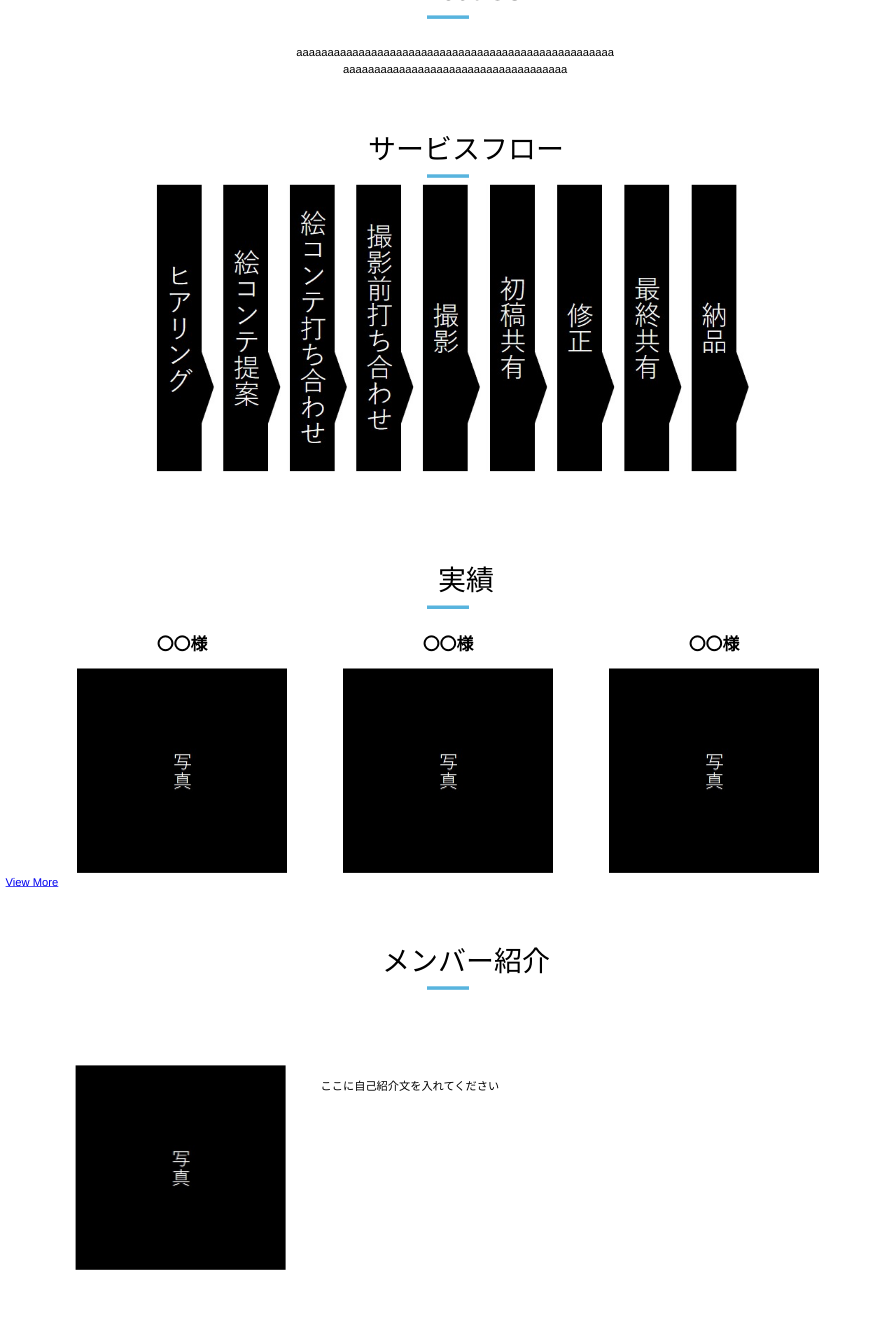
Repository: takumi-kojima0901/js.practice
Page: carkichi/carkichi.html
The author's editor kept a record of every edit. The page is drawn from the files as they stood at one moment, then again after the next edit.
The browser window is 1280 px wide. The pictures show the part of the page from y = 670 to 2590 px (the page is 2566 px tall before and 2590 px after), at 70% of full size.

Above is the page before.

### carkichi/carkichi.html
<!doctype html>
<html lang="ja">

<head>
<meta charset="UTF-8">
<title>仮</title>
<link rel="stylesheet" media="all" href="carkichi.css">

</head>

<body>

    <header id="header">
	 <img src="scale.jpg" alt="">
    	<div id="slogan">
	    	<h1>キャッチフレーズ</h1>
	    	<h2>説明文を入れます説明文を入れます</h2>
    	</div>
　  </header>

　<section id="about">
　	<div class = "section_title">
　		Avout Us
　	</div>
　	<div class = "about_service">
　		aaaaaaaaaaaaaaaaaaaaaaaaaaaaaaaaaaaaaaaaaaaaaaaaaaa
　		<br>
　		aaaaaaaaaaaaaaaaaaaaaaaaaaaaaaaaaaaa
　	</div>

　</section>


<!-- サービスフロー -->
　<section id="service_flow">
　	<div class = "section_title">
　		サービスフロー
　	</div>
	<div class = "flow_area">
	    <div class = "flow_part">

	        <p>
	            <a href = "#modal-01">
	            	 <div class = "detail_botton" >
	                      <img src = "flow1.jpg" width:122px height:264px>
	                 </div>
	            </a>
	            <div class="modal-wrapper" id="modal-01">
	            	<a href="#!" class="modal-overlay"></a>
	            	      <div class="modal-window">
	            	      	<div class="modal-content">
	            	      		<h4>Modal window</h4>
	            	      		　　<p>
	            	      		　　	Lorem ipsum dolor sit amet, consectetur adipiscing elit. Morbi ut cursus felis. Etiam hendrerit turpis at massa auctor semper.
	            	      		　　</p>
	            	      	</div>
	            	<a href="#!" class="modal-close">×</a>
	            	      </div>
	        　　</div>
	        </p>

	        <p>
	            <a href = "#modal-02">
	            	 <div class = "detail_botton" >
	                      <img src = "flow2.jpg" width:122px height:264px>
	                 </div>
	            </a>
	            <div class="modal-wrapper" id="modal-02">
	            	<a href="#!" class="modal-overlay"></a>
	            	    <div class="modal-window">
	            	    	<div class="modal-content">
	            	    		<h4>gggggggggggggggg</h4>
	            	    		   <p>
	            	    		   aaaaaaaaaaaaaaaaaaaaaaaaaaaaaaaaaaaaaaaaaaaaaaaaaaa
	            	    		   </p>
	            	    	</div>
	            	<a href="#!" class="modal-close">×</a>
	            	　　</div>
	            </div>
	        </p>

	        <p>
	            <a href = "#modal-03">
	            	 <div class = "detail_botton" >
	                      <img src = "flow3.jpg" width:122px height:264px>
	                 </div>
	            </a>
	            <div class="modal-wrapper" id="modal-03">
	            	<a href="#!" class="modal-overlay"></a>
	            	    <div class="modal-window">
	            	    	<div class="modal-content">
	            	    		<h4>sss</h4>
	            	    		<p>
                                   ssss
	            	    		</p>
	            	    	</div>
	            	<a href="#!" class="modal-close">×</a>
	            	　　</div>
	            </div>
	        </p>

	        <p>
	            <a href = "#modal-04">
	            	 <div class = "detail_botton" >
	                      <img src = "flow4.jpg" width:122px height:264px>
	                 </div>
	            </a>
	            <div class="modal-wrapper" id="modal-04">
	            	<a href="#!" class="modal-overlay"></a>
	            	    <div class="modal-window">
	            	    	<div class="modal-content">
	            	    		<h4>fffffffffff</h4>
	            	    		<p>
	            	    			ffffffffffffffffffff
	            	    		</p>
	            	    	</div>
	            	<a href="#!" class="modal-close">×</a>
	            	　　</div>
	            </div>
	        </p>

	        <p>
	            <a href = "#modal-05">
	            	 <div class = "detail_botton" >
	                      <img src = "flow5.jpg" width:122px height:264px>
	                 </div>
	            </a>
	            <div class="modal-wrapper" id="modal-05">
	            	<a href="#!" class="modal-overlay"></a>
	            	    <div class="modal-window">
	            	    	<div class="modal-content">
	            	    		<h4>ddddddddddddd</h4>
	            	    		<p>
	            	    			ddddddddddddddd
	            	    		</p>
	            	    	</div>
	            	<a href="#!" class="modal-close">×</a>
	            	　　</div>
	            </div>
	        </p>

	        <p>
	            <a href = "#modal-06">
	            	 <div class = "detail_botton" >
	                      <img src = "flow6.jpg" width:122px height:264px>
	                 </div>
	            </a>
	            <div class="modal-wrapper" id="modal-06">
	            	<a href="#!" class="modal-overlay"></a>
	            	    <div class="modal-window">
	            	    	<div class="modal-content">
	            	    		<h4>kkkkkkkkkkkkk</h4>
	            	    		<p>
	            	    			kkkkkkkkkkkkk
	               	    		</p>
	            	    	</div>
	            	<a href="#!" class="modal-close">×</a>
	            	　　</div>
	            </div>
	        </p>

	        <p>
	            <a href = "#modal-07">
	            	 <div class = "detail_botton" >
	                      <img src = "flow7.jpg" width:122px height:264px>
	                 </div>
	            </a>
	            <div class="modal-wrapper" id="modal-07">
	            	<a href="#!" class="modal-overlay"></a>
	            	    <div class="modal-window">
	            	    	<div class="modal-content">
	            	    		<h4>llllllllllllll</h4>
	            	    		<p>
	            	    			lllllllllllllll
	               	    		</p>
	            	    	</div>
	            	<a href="#!" class="modal-close">×</a>
	            	　　</div>
	            </div>
	        </p>

	        <p>
	            <a href = "#modal-08">
	            	 <div class = "detail_botton" >
	                      <img src = "flow8.jpg" width:122px height:264px>
	                 </div>
	            </a>
	            <div class="modal-wrapper" id="modal-08">
	            	<a href="#!" class="modal-overlay"></a>
	            	    <div class="modal-window">
	            	    	<div class="modal-content">
	            	    		<h4>kkkkkkkkkkkkk</h4>
	            	    		<p>
	            	    			kkkkkkkkkkkkk
	               	    		</p>
	            	    	</div>
	            	<a href="#!" class="modal-close">×</a>
	            	　　</div>
	            </div>
	        </p>

	        <p>
	            <a href = "#modal-09">
	            	 <div class = "detail_botton" >
	                      <img src = "flow9.jpg" width:122px height:264px>
	                 </div>
	            </a>
	            <div class="modal-wrapper" id="modal-09">
	            	<a href="#!" class="modal-overlay"></a>
	            	    <div class="modal-window">
	            	    	<div class="modal-content">
	            	    		<h4>kkkkkkkkkkkkk</h4>
	            	    		<p>
	            	    			kkkkkkkkkkkkk
	               	    		</p>
	            	    	</div>
	            	<a href="#!" class="modal-close">×</a>
	            	　　</div>
	            </div>
	        </p>
	    </div>
	</div>


　</section>

　<section id="service_detail">

　</section>

<!-- // サービスフロー -->

<!-- 実績 -->
　<section id="service_Performance">
　	<div class = "section_title">
　		実績
　	</div>
    <div class = "inner">
    	<ul class = "performance">
    		<div>
  			  <h2>〇〇様</h2>
    			<div class = "performance_image">
    				<img src = "kari.jpg"style="width:300px">
    			</div>
    		</div>
    	<ul>
    	<ul class = "performance">
    		<div>
  			  <h2>〇〇様</h2>
    			<div class = "performance_image">
    				<img src = "kari.jpg"style="width:300px">
    			</div>
    		</div>
    	<ul>
    	<ul class = "performance">
    		<div>
  			  <h2>〇〇様</h2>
    			<div class = "performance_image">
    				<img src = "kari.jpg" style="width:300px">
    			</div>
    		</div>
    	<ul>
    </div>

    <div class="container">
    	<a href="#" class="btn-box">View More</a>
    </div>

　</section>
<!-- // 実績 -->

<!-- メンバー紹介 -->
　<section id="member">
　	<div class = "section_title">
　		メンバー紹介
　	</div>
　	<br>
　	<div class = "nagao">
        <img src = "kari.jpg" style="width:300px">
        <p class = "sentence">ここに自己紹介文を入れてください</p>
    </div>





　</section>
<!-- // メンバー紹介 -->



</body>

### carkichi/carkichi.css
body{
    font-family: Helvetica, "ヒラギノ角ゴ Pro W3", "Hiragino Kaku Gothic Pro", sans-serif;
	font-weight: 300;
	-webkit-text-size-adjust:100%;
	overflow-x: hidden;
	color: #000;
	background: white;
}

.section_title{
    text-align:center;
    font-size:40px;
}

.section_title:after {
    xposition: absolute;
    content: '';
    display: block;
    xtop: 50%;
    xleft: 50%;
    width: 60px;
    height: 5px;
    margin: 10px auto;
    background: #58b4de
}


/* ヘッダー
------------------------------------------------------------*/
#header{
	position: relative;
    overflow:hidden;
    width:100%;
    height:568px;
}

#header img{
    position:absolute;
    width:1600px;
    height:900px;
}

#slogan{
	position: absolute;
    top: 50%;
	width: 100%;
	-webkit-transform: translate(0, -50%);
  　transform: translate(0, -50%);
	color: black;
	line-height: 1.2;
	text-align: left;
	left :20%;
}

/* About Us
------------------------------------------------------------*/

.about_service{
    text-align:center;
}


/* サービスフロー
------------------------------------------------------------*/
.flow_part{
    display:flex;
    margin:0 auto;
    text-align:center;
    justify-content: center;
}

.detail_botton img{
  cursor: pointer;
  transition-duration: 0.3s;;
}

.detail_botton:hover img{
  opacity: 0.6;
  transition-duration: 0.3s;;
}


/* モーダルウィンドウ
------------------------------------------------------------*/

.modal-wrapper {
  z-index: 999;
  position: fixed;
  top: 0;
  right: 0;
  bottom: 0;
  left: 0;
  padding: 40px 10px;
  text-align: center
}

.modal-wrapper:not(:target) {
  opacity: 0;
  visibility: hidden;
  transition: opacity .3s, visibility .3s;
}

.modal-wrapper:target {
  opacity: 1;
  visibility: visible;
  transition: opacity .4s, visibility .4s;
}

.modal-wrapper::after {
  display: inline-block;
  height: 100%;
  margin-left: -.05em;
  vertical-align: middle;
  content: ""
}

.modal-wrapper .modal-window {
  box-sizing: border-box;
  display: inline-block;
  z-index: 20;
  position: relative;
  width: 70%;
  max-width: 600px;
  padding: 30px 30px 15px;
  border-radius: 2px;
  background: #fff;
  box-shadow: 0 0 30px rgba(0, 0, 0, .6);
  vertical-align: middle
}

.modal-wrapper .modal-window .modal-content {
  max-height: 80vh;
  overflow-y: auto;
  text-align: left
}

.modal-overlay {
  z-index: 10;
  position: absolute;
  top: 0;
  right: 0;
  bottom: 0;
  left: 0;
  background: rgba(0, 0, 0, .8)
}

.modal-wrapper .modal-close {
  z-index: 20;
  position: absolute;
  top: 0;
  right: 0;
  width: 35px;
  color: #95979c !important;
  font-size: 20px;
  font-weight: 700;
  line-height: 35px;
  text-align: center;
  text-decoration: none;
  text-indent: 0
}

.modal-wrapper .modal-close:hover {
  color: #2b2e38 !important
}



/* サービスperformance
------------------------------------------------------------*/
#service_Performance{
    clear:both;
}

.performance{
    display:flex;
    margin:0 auto;
    text-align:center;
    justify-content: center;
}

.performance_image　img{
    width:20px;
}

.h2{
    text-align:center;
}


/* members
------------------------------------------------------------*/
.nagao{
    display:flex;
    margin:50px 100px 50px 100px;
}

.sentence{
  margin-left: 50px;
}

After the next edit:
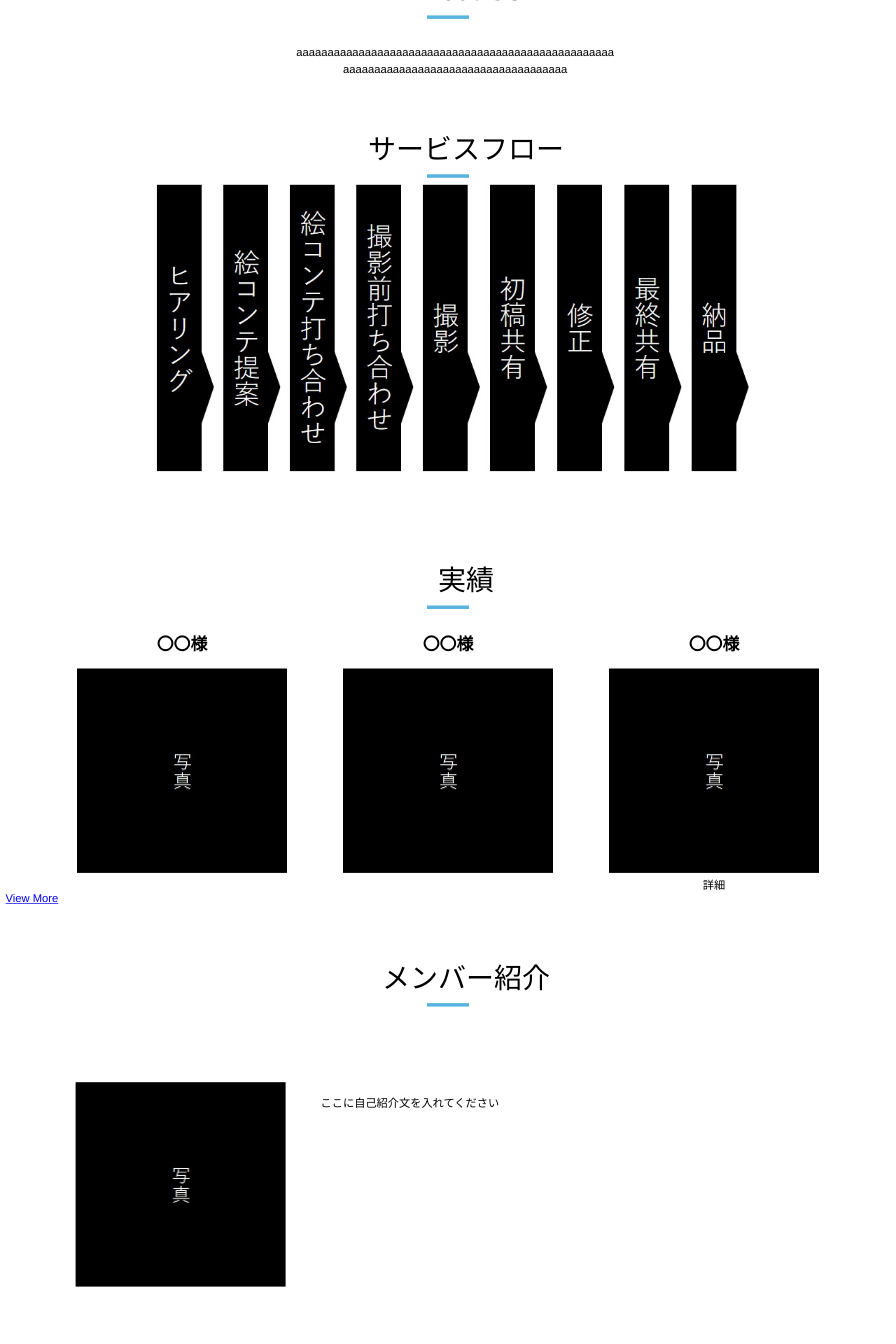
The edit:
--- a/carkichi/carkichi.html
+++ b/carkichi/carkichi.html
@@ -257,6 +257,9 @@
   			  <h2>〇〇様</h2>
     			<div class = "performance_image">
     				<img src = "kari.jpg" style="width:300px">
+    				<div class = "effect">
+    					詳細
+    				</div>
     			</div>
     		</div>
     	<ul>
